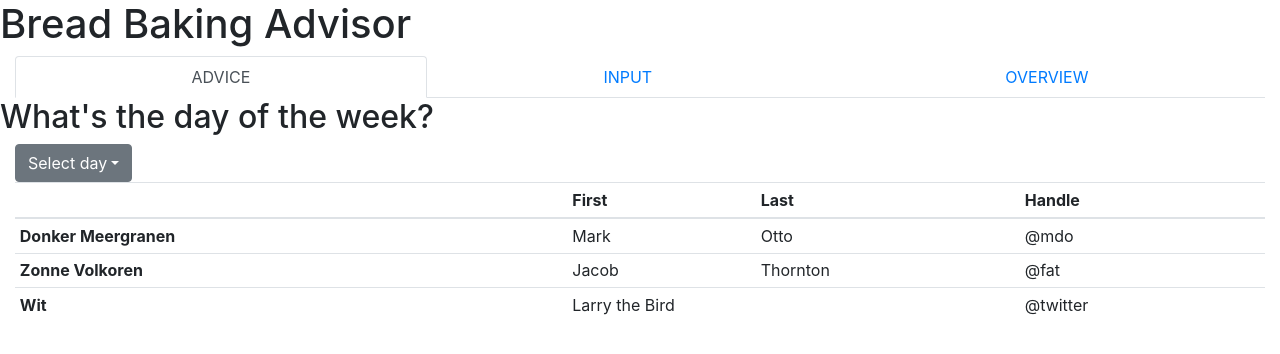
Repository: MarthGimenzo/bread-baking-advisor
Page: index.html
The author's editor kept a record of every edit. The page is drawn from the files as they stood at one moment, then again after the next edit.
The browser window is 1280 px wide. The pictures show the whole page.

Above is the page before.

### index.html
<!doctype html>
<html lang="en">

<head>
    <!-- Required meta tags -->
    <meta charset="utf-8">
    <meta name="viewport" content="width=device-width, initial-scale=1, shrink-to-fit=no">

    <!-- Bootstrap CSS -->
    <link rel="stylesheet" href="https://stackpath.bootstrapcdn.com/bootstrap/4.3.1/css/bootstrap.min.css" integrity="sha384-ggOyR0iXCbMQv3Xipma34MD+dH/1fQ784/j6cY/iJTQUOhcWr7x9JvoRxT2MZw1T" crossorigin="anonymous">
    <link rel="stylesheet" href="" type="text/css" />
    <title>Bread Baking Advisor</title>
</head>

<body>

    <h1>Bread Baking Advisor</h1>
    <div class="container-fluid">
        <ul class="nav nav-tabs nav-fill">
            <li class="nav-item">
                <a class="nav-link active" href="#">ADVICE</a>
            </li>
            <li class="nav-item">
                <a class="nav-link" href="#">INPUT</a>
            </li>
            <li class="nav-item">
                <a class="nav-link" href="#">OVERVIEW</a>
            </li>
        </ul>
    </div>
    <h2>What's the day of the week?</h2>
    <div class="container-fluid">
        <div class="dropdown">
            <button class="btn btn-secondary dropdown-toggle" type="button" id="dropdownMenuButton" data-toggle="dropdown" aria-haspopup="true" aria-expanded="false">Select day</button>
            <div class="dropdown-menu" aria-labelledby="dropdownMenuButton">
                <a class="dropdown-item" href="#">Tuesday</a>
                <a class="dropdown-item" href="#">Wednesday</a>
                <a class="dropdown-item" href="#">Thursday</a>
                <a class="dropdown-item" href="#">Friday</a>
                <a class="dropdown-item" href="#">Saturday</a>
                <a class="dropdown-item" href="#">Sunday</a>
            </div>
        </div>
    </div>
    <div class="container-fluid">
        <table class="table table-sm">
  <thead>
    <tr>
      <th scope="col"></th>
      <th scope="col">First</th>
      <th scope="col">Last</th>
      <th scope="col">Handle</th>
    </tr>
  </thead>
  <tbody>
    <tr>
      <th scope="row">Donker Meergranen</th>
      <td>Mark</td>
      <td>Otto</td>
      <td>@mdo</td>
    </tr>
    <tr>
      <th scope="row">Zonne Volkoren</th>
      <td>Jacob</td>
      <td>Thornton</td>
      <td>@fat</td>
    </tr>
    <tr>
      <th scope="row">Wit</th>
      <td colspan="2">Larry the Bird</td>
      <td>@twitter</td>
    </tr>
  </tbody>
</table>
    </div>



    <!-- Optional JavaScript -->
    <!-- jQuery first, then Popper.js, then Bootstrap JS -->
    <script src="https://code.jquery.com/jquery-3.3.1.slim.min.js" integrity="sha384-q8i/X+965DzO0rT7abK41JStQIAqVgRVzpbzo5smXKp4YfRvH+8abtTE1Pi6jizo" crossorigin="anonymous"></script>
    <script src="https://cdnjs.cloudflare.com/ajax/libs/popper.js/1.14.7/umd/popper.min.js" integrity="sha384-UO2eT0CpHqdSJQ6hJty5KVphtPhzWj9WO1clHTMGa3JDZwrnQq4sF86dIHNDz0W1" crossorigin="anonymous"></script>
    <script src="https://stackpath.bootstrapcdn.com/bootstrap/4.3.1/js/bootstrap.min.js" integrity="sha384-JjSmVgyd0p3pXB1rRibZUAYoIIy6OrQ6VrjIEaFf/nJGzIxFDsf4x0xIM+B07jRM" crossorigin="anonymous"></script>
</body>

</html>

After the next edit:
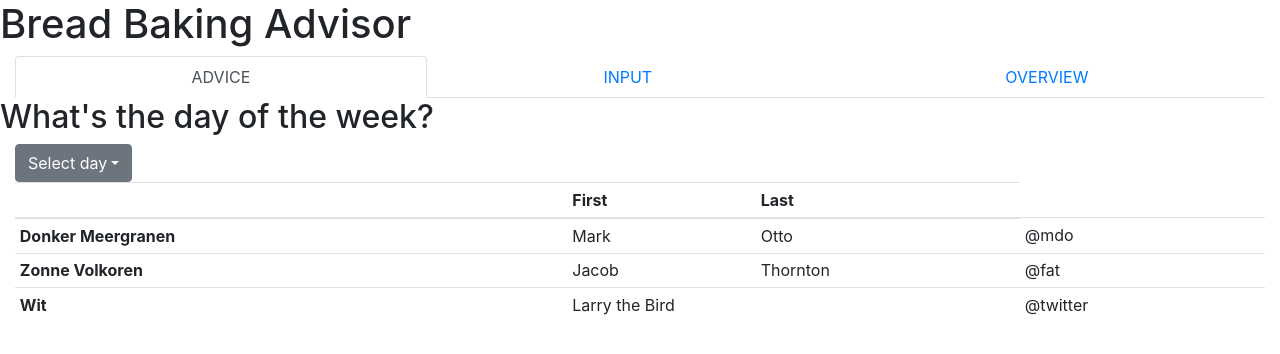
The edit:
--- a/index.html
+++ b/index.html
@@ -49,7 +49,7 @@
       <th scope="col"></th>
       <th scope="col">First</th>
       <th scope="col">Last</th>
-      <th scope="col">Handle</th>
+
     </tr>
   </thead>
   <tbody>
